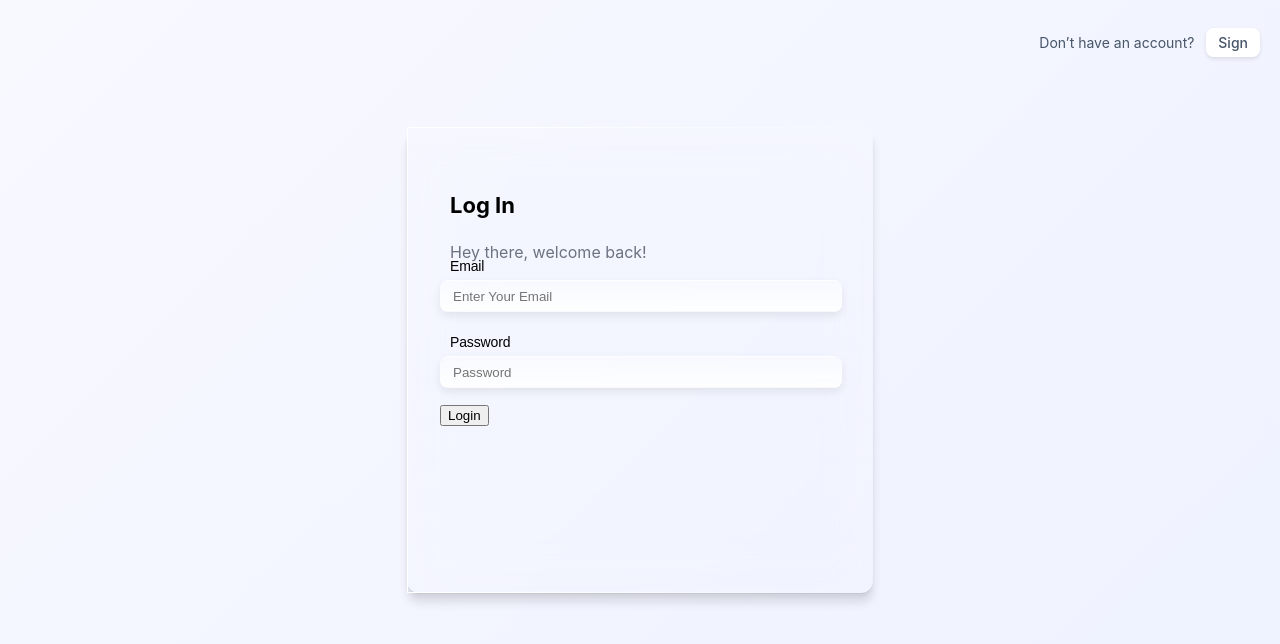
Repository: AfifaNoor/Admin_Panel-React-
Page: /
An editor plug-in stored every save of this project. The page is shown before and after the next save, followed by the edit.
The browser window is 1280 px wide. The pictures show the whole page.
The project was rebuilt for these pictures with package versions that can differ from the ones it lists, and the page was loaded fresh each time. Also part of the build but not shown: src/SignUp.jsx.

Above is the page before, as saved 2025-07-10 17:47:01.

### src/App.js
import React from 'react'
import LoginPage from './LoginPage'
import { RouterProvider } from 'react-router-dom'
import Router from './Router'

const App = () => {
  return (
    <>
      {/* <RouterProvider router={Router}/> */}
      <LoginPage/>
    </>


  )
}

export default App

### src/LoginPage.jsx
import React, { useState } from 'react'
// import {Navigate, useNavigate} from 'react-router-dom';
import "./LoginPage.css"
import { ToastContainer, toast } from 'react-toastify';
import 'react-toastify/dist/ReactToastify.css';

const LoginPage = () => {
    const[email , setEmail]=useState('')
    const [password , setPassword] = useState('')
    // const navigate= useNavigate();

const handleSubmit =(e)=>{
    e.preventDefault();

 const hardcoreMail="login@gmail.com";
 const hardcorePassword = '1234567'

    if (email=== hardcoreMail && password === hardcorePassword){
        alert("Login Successfull")

    }else{
        alert("Invalid Credential")
    }

}



  return (
 <div className="login-container">

      <div className="signup-redirect">
        <p>
          Don’t have an account?{' '}
          {/* <span className="signup-link" onClick={() => navigate('/sign-up')}> */}
            {/* Sign Up */}
          {/* </span> */}
          <span className="signup-link" >
            Sign
          </span>
        </p>
      </div>



    <div>



    </div>

      <form className="login-form" onSubmit={handleSubmit}>
      <div className="title">
        <h1>Log In</h1>
        <p>Hey there, welcome back!</p>
      </div>
      <label className='form-label'>Email</label>
        <input
          type="email"
          className="form-input"
          value={email}
          placeholder="Enter Your Email"
          onChange={(e) => setEmail(e.target.value)}
          required
        />

        <label className='form-label'>Password</label>
        <input
          type="password"
          className="form-input"
          placeholder="Password"
          value={password}
          onChange={(e) => setPassword(e.target.value)}
          required
        />

        <button className="login-btn" type="submit">
          Login
        </button>

        {/* <ToastContainer /> */}
      </form>
    </div>
  );
}

export default LoginPage

### src/Router.jsx
import React from 'react';
import { createBrowserRouter , createRoutesFromElements , Route } from 'react-router-dom';
import LoginPage from './LoginPage';
import SignUp from './SignUp';

const Router = createBrowserRouter(
  createRoutesFromElements(
    <>

      <Route path='/sign-up' element={<SignUp/>}/>
      <Route path='login-page' element={<LoginPage/>}/>
    </>
  )
)

export default Router;

### src/LoginPage.css
.login-container {
  width: 100%;
  height: 100vh;
  /* background: #FFFFFF; */
  opacity: 1;
  transform: rotate(0deg);
  display: flex;
  justify-content: center;
  align-items: center;
  background: linear-gradient(135deg, #f8f9ff, #eef2ff);
  flex-direction: column;
  /* font-family: 'Inter','sans-serif'; */
  position: relative;


}
.signup-redirect {
  position: absolute;
  top: 20px;
  right: 20px;
  font-size: 14px;
  color: #475569;
}

.signup-link {
  background: #ffffff;
  border-radius: 8px;
  padding: 6px 12px;
  margin-left: 8px;
  box-shadow: 0 2px 4px rgba(0,0,0,0.1);
  cursor: pointer;
  font-weight: 500;
  transition: all 0.3s ease;
}

.signup-link:hover {
  background: #f0f0f0;
}




.login-form{
  width: 400px;
  height: 400px;
  /* position: absolute; */
  /* top: 150.5px; */
  /* left: 482px; */
  border-radius: 12px;
  padding: 32px;
  gap: 10px;
  opacity: 1;
  flex-direction: column;

  z-index: 2;

  background: linear-gradient(180deg, rgba(255, 255, 255, 0) -9.58%, rgba(255, 255, 255, 0.052) 100%);
  border: 1px solid transparent;
  border-image-source: linear-gradient(93.78deg, #FFFFFF 8.04%, rgba(255, 255, 255, 0) 100%);
  border-image-slice: 1;


-webkit-backdrop-filter: blur(20px);
backdrop-filter: blur(20px);

box-shadow:
  0px 10px 10px 0px rgba(0, 0, 0, 0.10),
  0px 4px 4px 0px rgba(0, 0, 0, 0.05),
  0px 1px 0px 0px rgba(0, 0, 0, 0.05),
  inset 0px 20px 50px 0px rgba(255, 255, 255, 0.15);

}

.title{
  z-index: 3;
  width: 380px;
  height: 72px;
  opacity: 1;
  gap: 10px;
  padding: 10px;
  /* margin-bottom: 550px; */
  /* box-shadow: 0 4px 12px rgba(0, 0, 0, 0.1); */

}

.title h1 {
width: 380px;
height: 40px;
font-family: 'Inter', sans-serif;
font-weight: 600px;
font-size: 22px;
line-height: 40px;
letter-spacing: -1%;
margin-bottom: 8px;
}

.title p{
  font-size: 16px;
  font-style: Inter;
  font-weight: 400px;
  font-style:normal;
  line-height: 22px;
  /* letter-spacing: -1%; */
  color: rgba(107, 114, 128, 1);
  margin-bottom: 24px;
  /* margin-bottom: 5px; */

}

.form-label{
width: 380px;
height: 22px;
transform: rotate(0deg);
opacity: 1;
gap: 12px;
text-align: left;

font-family: 'Intern',sans-serif;
font-weight: 500px;
font-size: 14px;
line-height: 22px;
letter-spacing: -0.01em;

color:black;


border: none;
border-radius: 6px;
padding: 3px 10px;
cursor: pointer;
display: inline-flex;
/* align-items: left; */
justify-content: left;
margin-top: ;

}

.form-input{

 width: 380px;
  height: 20px;
  min-width: 140px;
  max-width: 500px;
  transform: rotate(0deg);
  opacity: 1;
  border-radius: 8px;
  border-width: 1px;
  padding: 5px 8px 5px 12px;
  gap: 8px;
  margin-bottom: 16px;

  background: linear-gradient(0deg, rgba(255, 255, 255, 0.9) 0%, rgba(255, 255, 255, 0.4) 100%);
  border: 1px solid transparent; /* fallback for border-image */

  border-image:
    linear-gradient(0deg, rgba(255, 255, 255, 0.1), rgba(255, 255, 255, 0.1)),
    linear-gradient(360deg, rgba(255, 255, 255, 0.5) 0%, rgba(255, 255, 255, 0) 100%);
  border-image-slice: 1;


  -webkit-backdrop-filter: blur(20px);
  backdrop-filter: blur(20px);
  box-shadow: 0 4px 10px rgba(0,0,0,0.08);
  cursor: pointer;
}

Loaded but not shown: public/index.html (common file); src/index.js (common file); src/index.css (common file); src/reportWebVitals.js (common file)

After the next save:
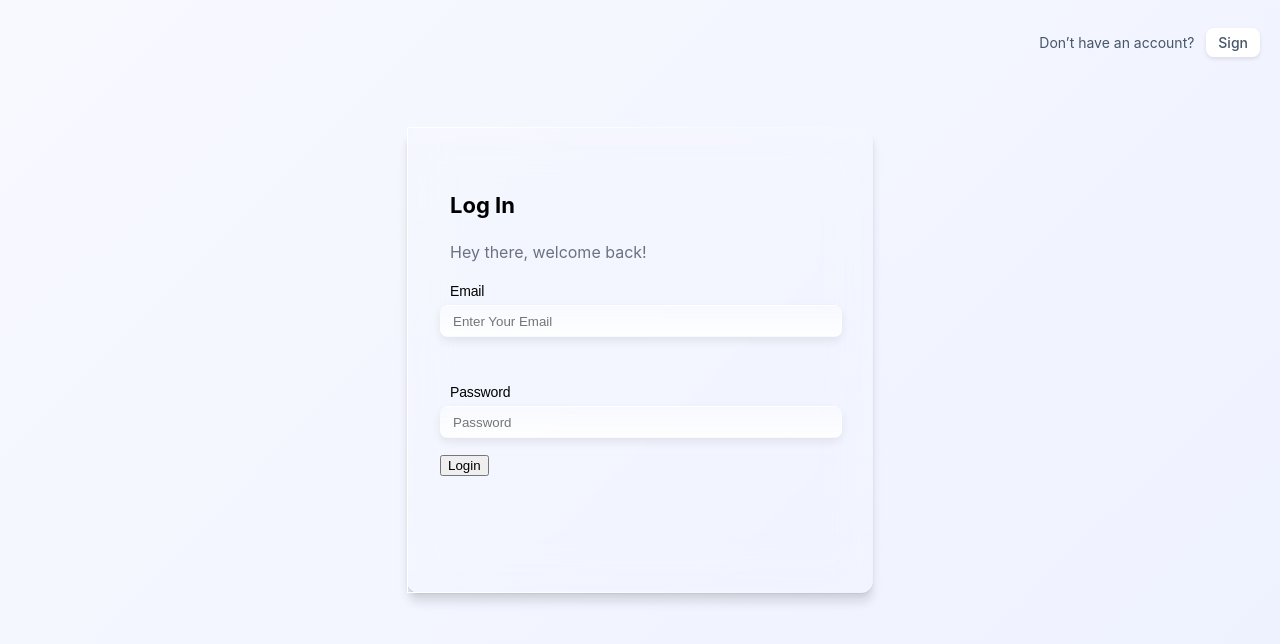
Saved 8 s later.
--- a/src/LoginPage.css
+++ b/src/LoginPage.css
@@ -131,7 +131,7 @@ cursor: pointer;
 display: inline-flex;
 /* align-items: left; */
 justify-content: left;
-margin-top: ;
+margin-top: 25px;
 
 }
 
